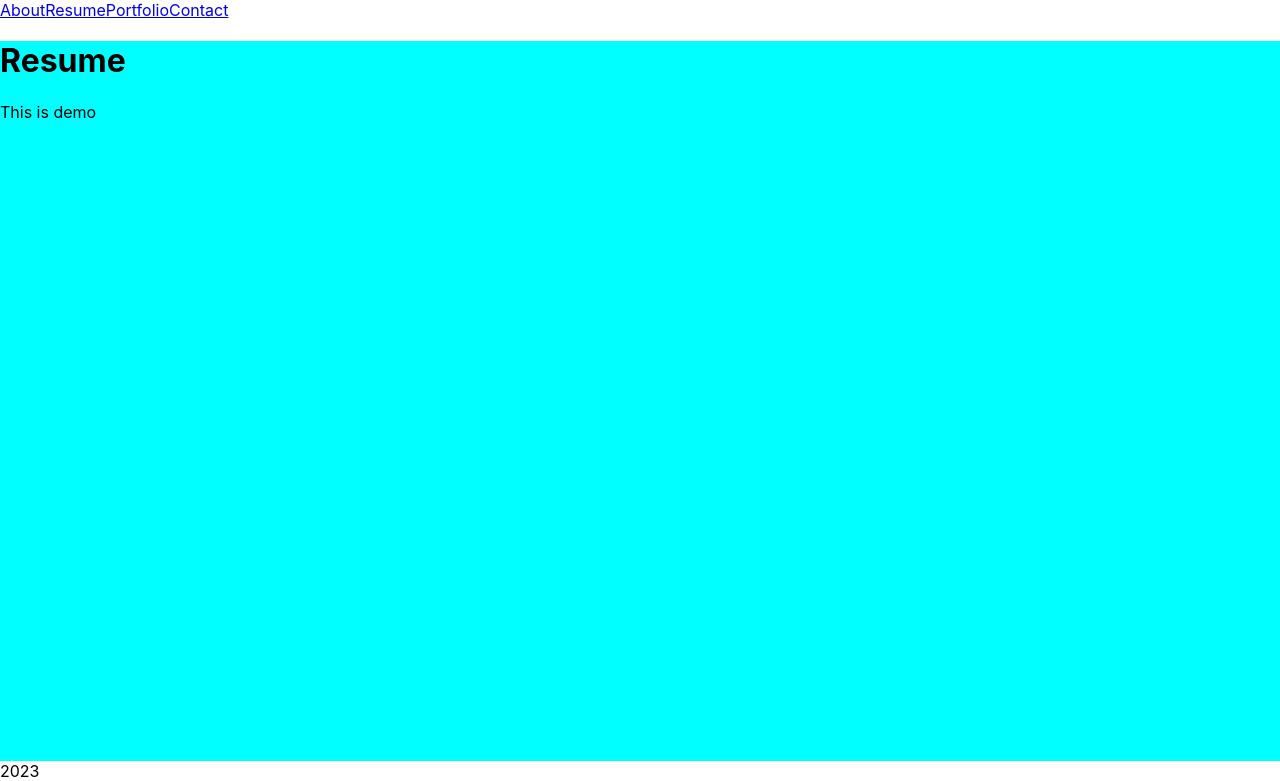
Repository: sparrowkg/myportfolio
Page: /resume (app in portfolioreact — копия/)
The author's editor kept a copy of each file at every save. The page is drawn from the files as they stood at one save, then again after the next save.
The browser window is 1280 px wide. The pictures show the whole page.
The project was rebuilt for these pictures with package versions that can differ from the ones it lists, and the page was loaded fresh each time. Also part of the build but not shown: portfolioreact — копия/src/pages/Aboutpage.jsx, portfolioreact — копия/src/pages/Portfoliopage.jsx, portfolioreact — копия/src/pages/Contactpage.jsx.

Above is the page before, as saved 2023-05-07 01:06:40.

### portfolioreact — копия/src/index.js
import React from 'react';
import ReactDOM from 'react-dom/client';
import './index.css';
import App from './App';

const root = ReactDOM.createRoot(document.getElementById('root'));
root.render(<App />)

### portfolioreact — копия/src/App.jsx
// import './App.css';
import { BrowserRouter, Routes, Route } from 'react-router-dom';
import {Aboutpage} from './pages/Aboutpage'
import {Resumepage} from './pages/Resumepage'
import {Portfoliopage} from './pages/Portfoliopage'
import {Contactpage} from './pages/Contactpage'
import {Layout} from './components/Layout'

function App() {
  return (
   <>
  < BrowserRouter>
   <Routes>
     <Route path="/" element ={<Layout />}>
       <Route index element={<Aboutpage/>} />
       <Route path="resume" element={<Resumepage/>} />
       <Route path="portfolio" element={<Portfoliopage/>} />
       <Route path="contact" element={<Contactpage/>} />
     </Route>
    </Routes>
   </BrowserRouter>
   </>
  );
}

export default App;

### portfolioreact — копия/src/pages/Resumepage.jsx
import './stylepages.css'

const Resumepage =() => {
  return (
    <div className='resumepage-main'>
      <h1>Resume</h1>
      <p>This is demo</p>
    </div>
  )
}

export {Resumepage}

### portfolioreact — копия/src/components/Layout.jsx
import { Link, Outlet } from 'react-router-dom';
// import { CustomLink } from './CustomLink';

// const setActive = ({ isActive }) => isActive ? 'active-link' : '';

const Layout = () => {
  return (
    <>
      <header>
        <Link to="/">About</Link>
        <Link to="/Resumepage">Resume</Link>
        <Link to="/Portfoliopage">Portfolio</Link>
        <Link to="/Contactpage">Contact</Link>
      </header>
      <main className='container'>
        <Outlet />
      </main>
      <footer className='container'>2023</footer>
    </>
  )
}

export { Layout };

### portfolioreact — копия/src/pages/stylepages.css
.about-main {
  width: 100%;
  height: 100vh;
  background-color: aqua;
}

.contactpage-main {
  width: 100%;
  height: 100vh;
  background-color: blue;
}

.portfoliopage-main {
  width: 100%;
  height: 100vh;
  background-color: rgb(2, 31, 31);
}

.resumepage-main {
  width: 100%;
  height: 100vh;
  background-color: aqua;
}

Loaded but not shown: portfolioreact — копия/public/index.html (common file); portfolioreact — копия/src/index.css (common file)

After the next save:
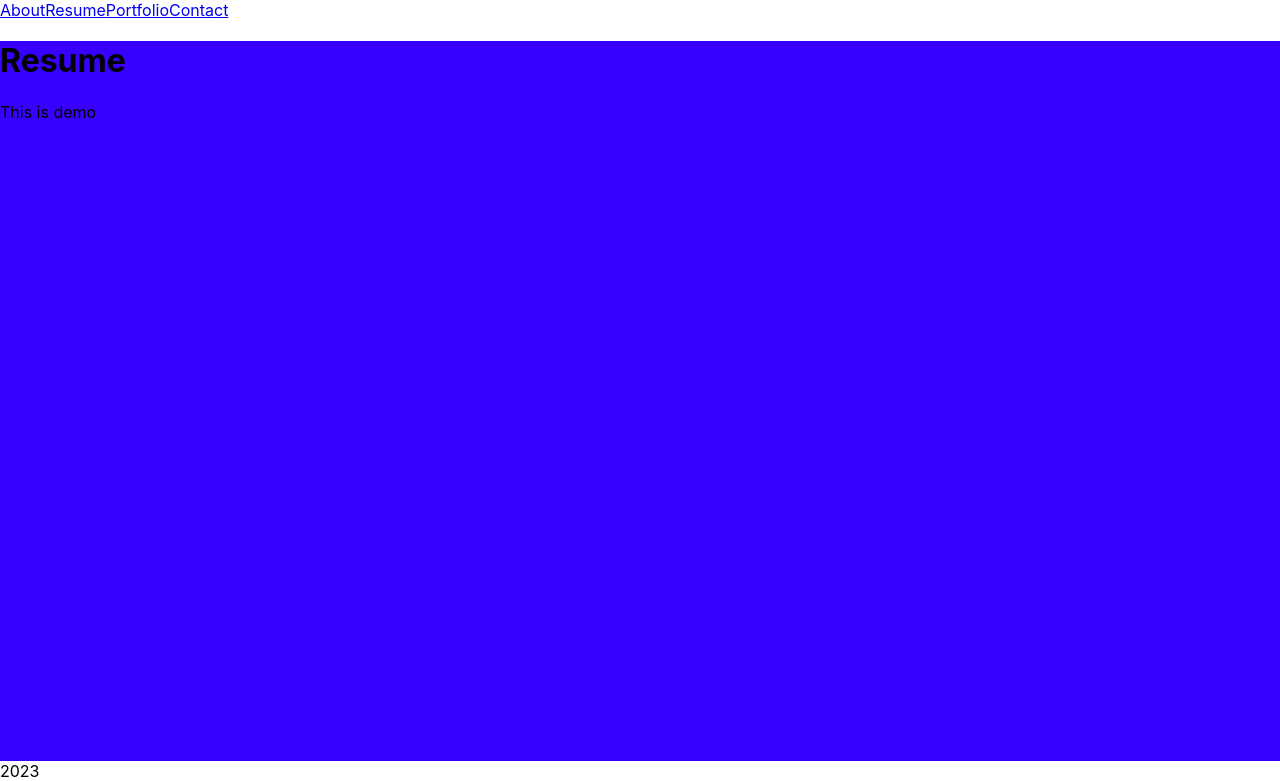
Saved 5 s later.
--- a/portfolioreact — копия/src/pages/stylepages.css
+++ b/portfolioreact — копия/src/pages/stylepages.css
@@ -19,5 +19,5 @@
 .resumepage-main {
   width: 100%;
   height: 100vh;
-  background-color: aqua;
+  background-color: rgb(55, 0, 255);
 }
